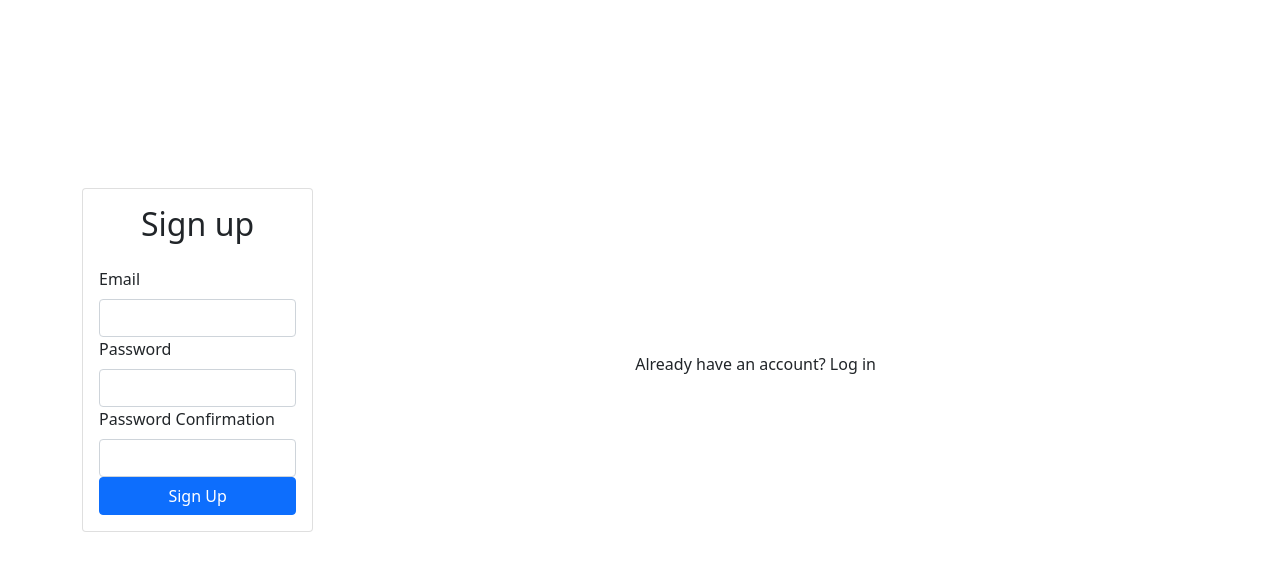
Repository: RickLeinecker/CompositionToday
Page: / (app in frontend/)
These files come from the project's save history. The page is drawn as it stood at one moment and after the next save; the edit follows.
The browser window is 1280 px wide. The pictures show the whole page.
The project was rebuilt for these pictures with package versions that can differ from the ones it lists, and the page was loaded fresh each time.

Above is the page before, as saved 2021-11-03 09:09:20.

After the next save:
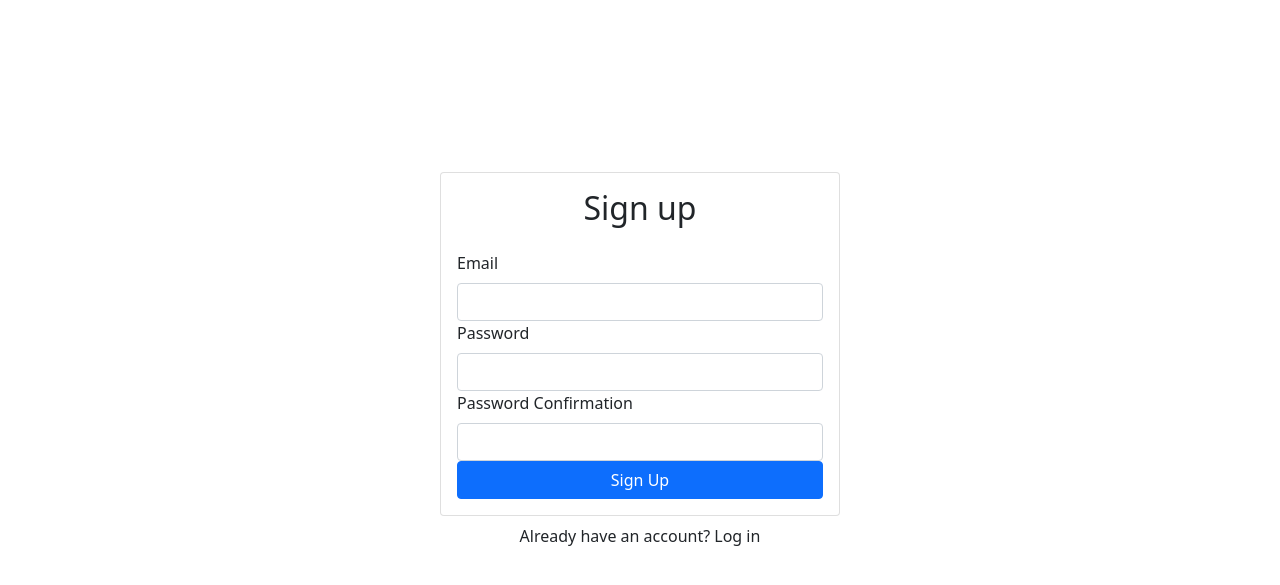
Saved 42 s later.
--- a/frontend/src/App.tsx
+++ b/frontend/src/App.tsx
@@ -6,7 +6,9 @@ function App() {
   return(
     <Container className="d-flex align-items-center
     justify-content-center" style = {{minHeight:"100vh"}}>
-      <Signup/>
+      <div className="w-100" style={{maxWidth:"400px"}}>
+        <Signup/>
+      </div>
     </Container>
   )
 }
